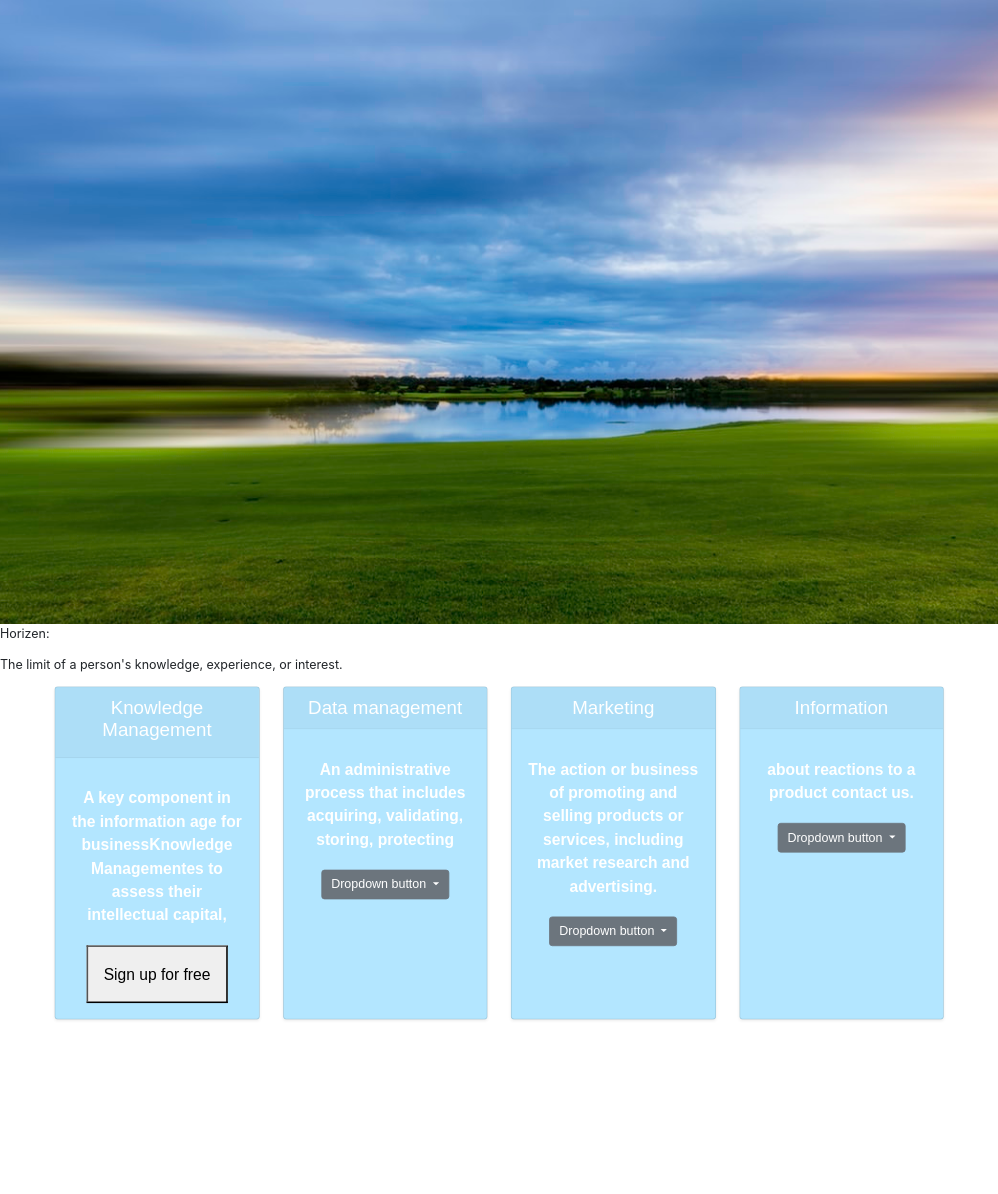
Repository: Code-Institute-Submissions/vahega-my-first-project
Page: index.html
The author's editor kept a record of every edit. The page is drawn from the files as they stood at one moment, then again after the next edit.
The browser window is 1280 px wide. The pictures show the whole page, at 78% of full size.
Backgrounds fixed to the window are drawn as part of the page. Some web fonts or font styles are not loaded; a fallback is used.

Above is the page before.

### index.html
<!DOCTYPE html>
<!doctype html>
<html lang="en">
  <head>



    <meta charset="utf-8">
    <meta name="viewport" content="width=device-width, initial-scale=1, shrink-to-fit=no">
    <link rel="stylesheet" href="https://stackpath.bootstrapcdn.com/bootstrap/4.3.1/css/bootstrap.min.css" integrity="sha384-ggOyR0iXCbMQv3Xipma34MD+dH/1fQ784/j6cY/iJTQUOhcWr7x9JvoRxT2MZw1T" crossorigin="anonymous">
    <script src="https://code.jquery.com/jquery-3.3.1.slim.min.js" integrity="sha384-q8i/X+965DzO0rT7abK41JStQIAqVgRVzpbzo5smXKp4YfRvH+8abtTE1Pi6jizo" crossorigin="anonymous"></script>
    <script src="https://cdnjs.cloudflare.com/ajax/libs/popper.js/1.14.7/umd/popper.min.js" integrity="sha384-UO2eT0CpHqdSJQ6hJty5KVphtPhzWj9WO1clHTMGa3JDZwrnQq4sF86dIHNDz0W1" crossorigin="anonymous"></script>
    <script src="https://stackpath.bootstrapcdn.com/bootstrap/4.3.1/js/bootstrap.min.js" integrity="sha384-JjSmVgyd0p3pXB1rRibZUAYoIIy6OrQ6VrjIEaFf/nJGzIxFDsf4x0xIM+B07jRM" crossorigin="anonymous"></script>
  <link rel="stylesheet" href="https://stackpath.bootstrapcdn.com/bootstrap/4.3.1/css/bootstrap.min.css" integrity="sha384-ggOyR0iXCbMQv3Xipma34MD+dH/1fQ784/j6cY/iJTQUOhcWr7x9JvoRxT2MZw1T" crossorigin="anonymous"><script src="https://stackpath.bootstrapcdn.com/bootstrap/4.3.1/js/bootstrap.min.js" integrity="sha384-JjSmVgyd0p3pXB1rRibZUAYoIIy6OrQ6VrjIEaFf/nJGzIxFDsf4x0xIM+B07jRM" crossorigin="anonymous"></script>
  <link rel="stylesheet" href="assets/css/style.css" type="text/css" />
<style>
.parallax {
  background-image: url("assets/images/hol.jpg");
min-height: 800px;

  background-attachment: fixed;
  background-position: center;
  background-repeat: no-repeat;
  background-size: cover;
}
</style>
</head>
<body>
 <header>
<div class="parallax"></div>

<div class="bg-text" >
  <p>Horizen:</p>
 <p>The limit of a person's knowledge, experience, or interest.</p>
  </div>
</header>
 <body>
     <div class="container">
  <div class="card-deck mb-3 text-center">
    <div class="card mb-4 shadow-sm">
        <div class="card-header">
        <h4>Knowledge Management</h4>

      </div>
      <div class="card-body">
        <ul class="list-unstyled mt-3 mb-4">
          <li> A key component in the information age for businessKnowledge Managementes to assess their intellectual capital,
</li>
              </ul>
        <button type="button" class="card-body">Sign up for free</button>
      </div>
    </div>
    <div class="card mb-4 shadow-sm">
      <div class="card-header">
        <h4 class="my-0 font-weight-normal">Data management</h4>
      </div>
      <div class="card-body">

        <ul class="list-unstyled mt-3 mb-4">
          <li>An administrative process that includes acquiring, validating, storing, protecting</li>

        </ul>
        <div class="dropdown">
  <button class="btn btn-secondary dropdown-toggle" type="button" id="dropdownMenuButton" data-toggle="dropdown" aria-haspopup="true" aria-expanded="false">
    Dropdown button
  </button>
  <div class="dropdown-menu" aria-labelledby="dropdownMenuButton">
    <a class="dropdown-item" href="#">Action</a>
    <a class="dropdown-item" href="#">Another action</a>
    <a class="dropdown-item" href="#">Something else here</a>
  </div>
</div>
      </div>
    </div>
    <div class="card mb-4 shadow-sm">
      <div class="card-header">
        <h4 class="my-0 font-weight-normal">Marketing</h4>
      </div>
      <div class="card-body">

        <ul class="list-unstyled mt-3 mb-4">
          <li>The action or business of promoting and selling products or services, including market research and advertising.</li>

        </ul>
        <div class="dropdown">
  <button class="btn btn-secondary dropdown-toggle" type="button" id="dropdownMenuButton" data-toggle="dropdown" aria-haspopup="true" aria-expanded="false">
    Dropdown button
  </button>
  <div class="dropdown-menu" aria-labelledby="dropdownMenuButton">
    <a class="dropdown-item" href="#">Action</a>
    <a class="dropdown-item" href="#">Another action</a>
    <a class="dropdown-item" href="#">Something else here</a>
  </div>
</div>
</div>
    </div>

     <div class="card mb-4 shadow-sm">
      <div class="card-header">
        <h4 class="my-0 font-weight-normal">Information</h4>
      </div>
      <div class="card-body">

        <ul class="list-unstyled mt-3 mb-4">
          <li>about reactions to a product contact us.</li>

        </ul>
        <div class="dropdown">
  <button class="btn btn-secondary dropdown-toggle" type="button" id="dropdownMenuButton" data-toggle="dropdown" aria-haspopup="true" aria-expanded="false">
    Dropdown button
  </button>
  <div class="dropdown-menu" aria-labelledby="dropdownMenuButton">
    <a class="dropdown-item" href="#">Action</a>
    <a class="dropdown-item" href="#">Another action</a>
    <a class="dropdown-item" href="#">Something else here</a>
  </div>
</div>
      </div>
    </div>
  </div>


</div>
 </body>
<footer>



</footer>


</html>

### assets/css/style.css
@import url('https://fonts.googleapis.com/css?family=Bilbo+Swash+Caps&display=swap');
@import url('https://fonts.googleapis.com/css?family=Gayathri&display=swap');
.parallax {
  background-image:url("assets/images/hol.jpg") ;
background-attachment:fixed;
background-position:center;
background-size: cover;
 }
 .row{
     margin-left: 0px;
     margin-right: 0px;
 }

.card{ font-family: 'Gayathri', sans-serif;
 background-color: #b3e6ff;
 margin-bottom:0px;
 font-weight: bold;
  font-size: 20px;
  }
h6{font-size: 18px;
    font-weight:bold;
}
.collapse{font-size: 22px;}
.container{
padding: 0px;
 font-family: 'Gayathri', sans-serif;
 color:white;
 margin-bottom: 200px;
}
.container-fluid{margin-top:200px;
}
.text {
 font-family: 'Bilbo Swash Caps', cursive;
 text-shadow: 3px 3px rgb(180, 180, 180);
 color: black;
 position: relative;
  font-weight: bold;
  font-size: 40px;
margin-top: 10%;
 text-align: center;

}
.hubtext{
text-shadow: 2px 2px rgb(0,0, 0);
color:wheat;
font-weight: bold;
font-size: 20px;
}
#map{
    padding: 0px;
     border-style: solid;
     border-width: 5px;
      border-color: white;
   height: 400px;
        width: 350px;
        background-attachment:fixed;
background-position:center;
background-size: cover;

}
* {box-sizing: border-box}

img {vertical-align: middle;}
.slideshow-container {
  background-size: cover;
  max-width: 800px;
  position: relative;
  margin-left:10px;
  margin-right: 10px;
}
.prev, .next {
  cursor: pointer;
  position: absolute;
  top: 50%;
  width: auto;
  padding: 16px;
  margin-top: -22px;
  color: white;
  font-weight: bold;
  font-size: 18px;
  transition: 0.6s ease;
  border-radius: 0 3px 3px 0;
  user-select: none;
}
.next {
  right: 0;
  border-radius: 3px 0 0 3px;
}
.prev:hover, .next:hover {
  background-color: rgba(0,0,0,0.8);
}

.numbertext {
  color: #f2f2f2;
  font-size: 12px;
  padding: 8px 12px;
  position: absolute;
  top: 0;
}
.dot {
  cursor: pointer;
  height: 15px;
  width: 15px;
  margin: 0 2px;
  background-color: #bbb;
  border-radius: 50%;
  display: inline-block;
  transition: background-color 2s ease;
}
.active, .dot:hover {
  background-color: #717171;
}

@media only screen and (max-width: 300px) {
  .prev, .next,.text {font-size: 11px}
}

After the next edit:
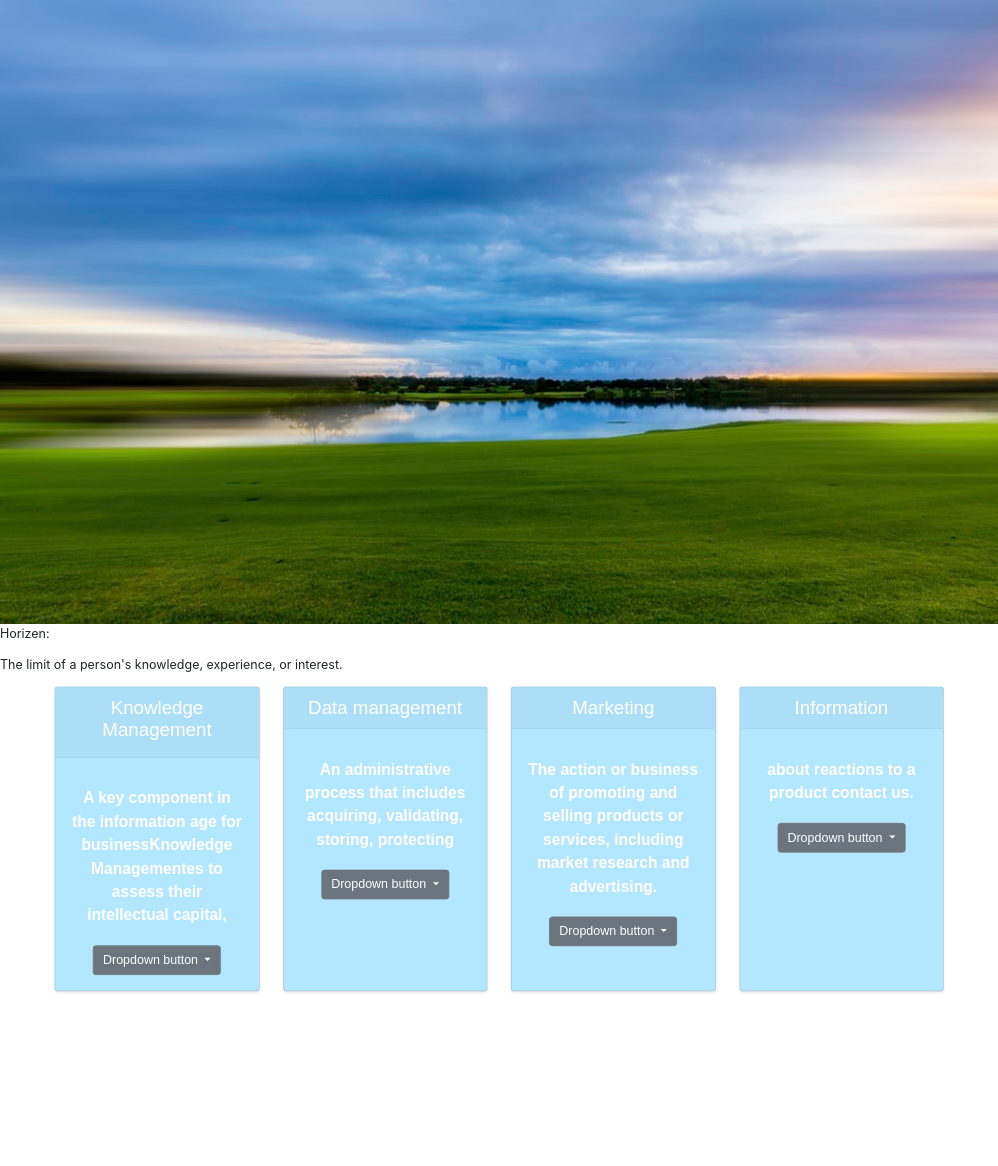
The edit:
--- a/index.html
+++ b/index.html
@@ -47,7 +47,20 @@
           <li> A key component in the information age for businessKnowledge Managementes to assess their intellectual capital,
 </li>
               </ul>
-        <button type="button" class="card-body">Sign up for free</button>
+    <div class="dropdown">
+  <button class="btn btn-secondary dropdown-toggle" type="button" id="dropdownMenuButton" data-toggle="dropdown" aria-haspopup="true" aria-expanded="false">
+    Dropdown button
+  </button>
+  <div class="dropdown-menu" aria-labelledby="dropdownMenuButton">
+    <a class="dropdown-item" href="#">Identification of needs</a>
+    <a class="dropdown-item" href="#">Identification of knowledge resourcesn</a>
+    <a class="dropdown-item" href="#">Acquisition, creation, or elimination of knowledge related resources/processes/environments
+</a>
+ <a class="dropdown-item" href="#">Retrieval, application and sharing of knowledge
+</a>
+  <a class="dropdown-item" href="#">IdStorage of knowledgeds</a>
+  </div>
+</div>
       </div>
     </div>
     <div class="card mb-4 shadow-sm">
